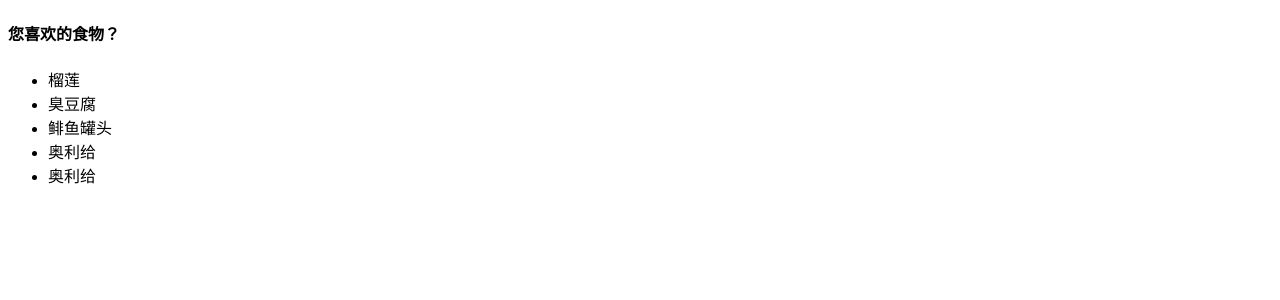
Repository: 129021/Front-end-learning
Page: 第2天/06-无序列表.html
These files come from the project's save history. The page is drawn as it stood at one moment and after a run of saves; the edit follows.
The browser window is 1280 px wide. The pictures show the whole page.

Above is the page before, as saved 2021-10-15 20:24:16.

After the next 2 saves:
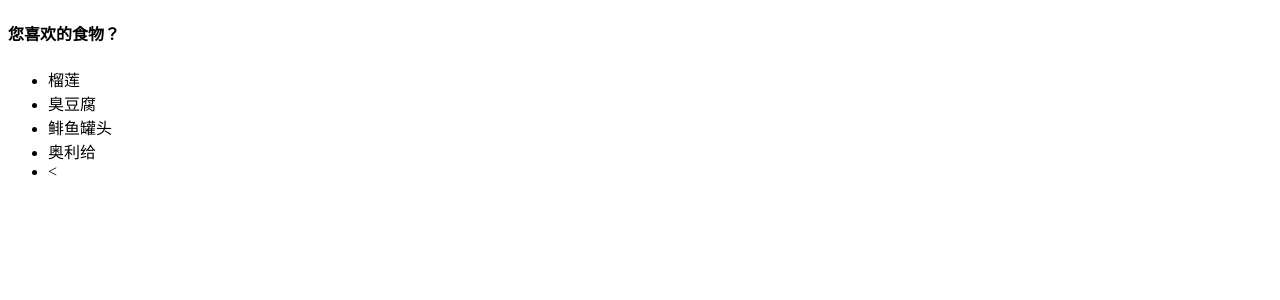
The 2 saves are shown as one change because they came seconds apart.
The last was saved 5 s later.
--- a/第2天/06-无序列表.html
+++ b/第2天/06-无序列表.html
@@ -15,7 +15,8 @@
         <li>臭豆腐</li>
         <li>鲱鱼罐头</li>
         <li>奥利给</li>
-        <li>奥利给</li>
+        <li>
+            <</li>
     </ul>
 
 </body>
